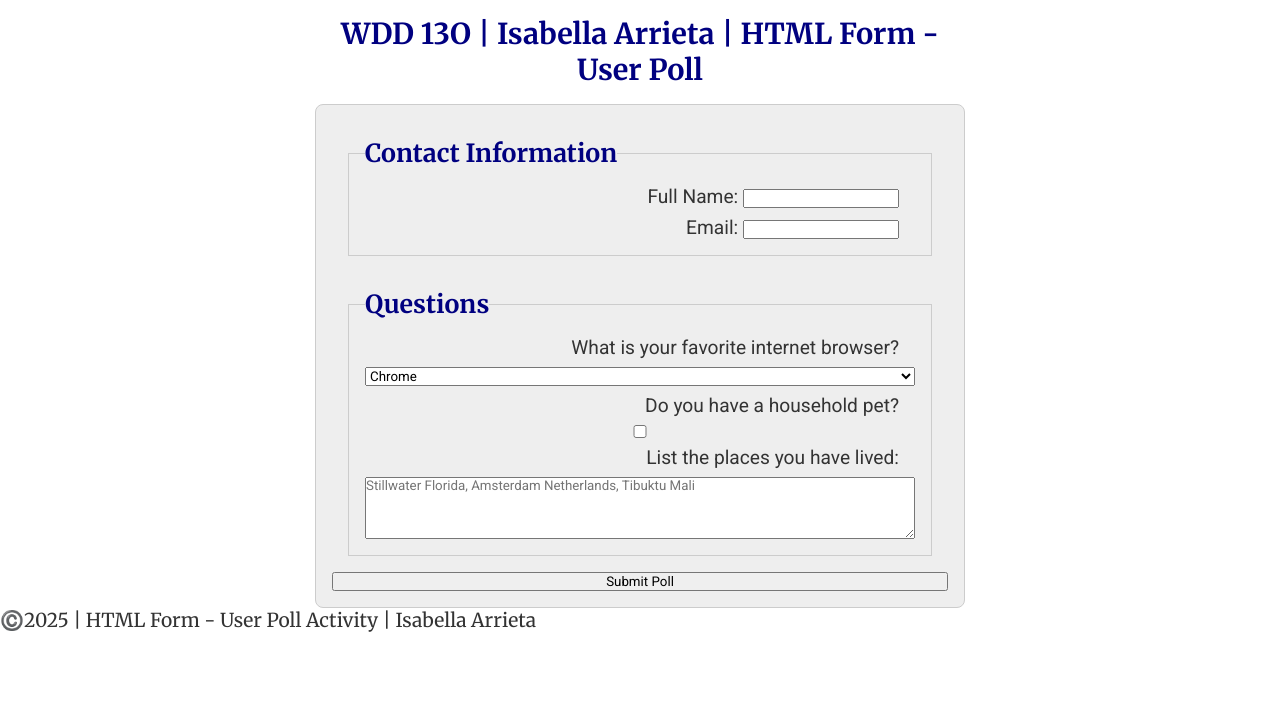
Repository: isaAJ05/wdd130
Page: week05/poll-form.html
The author's editor kept a copy of each file at every save. The page is drawn from the files as they stood at one save, then again after the next save.
The browser window is 1280 px wide. The pictures show the whole page.

Above is the page before, as saved 2025-06-14 18:41:54.

After the next save:
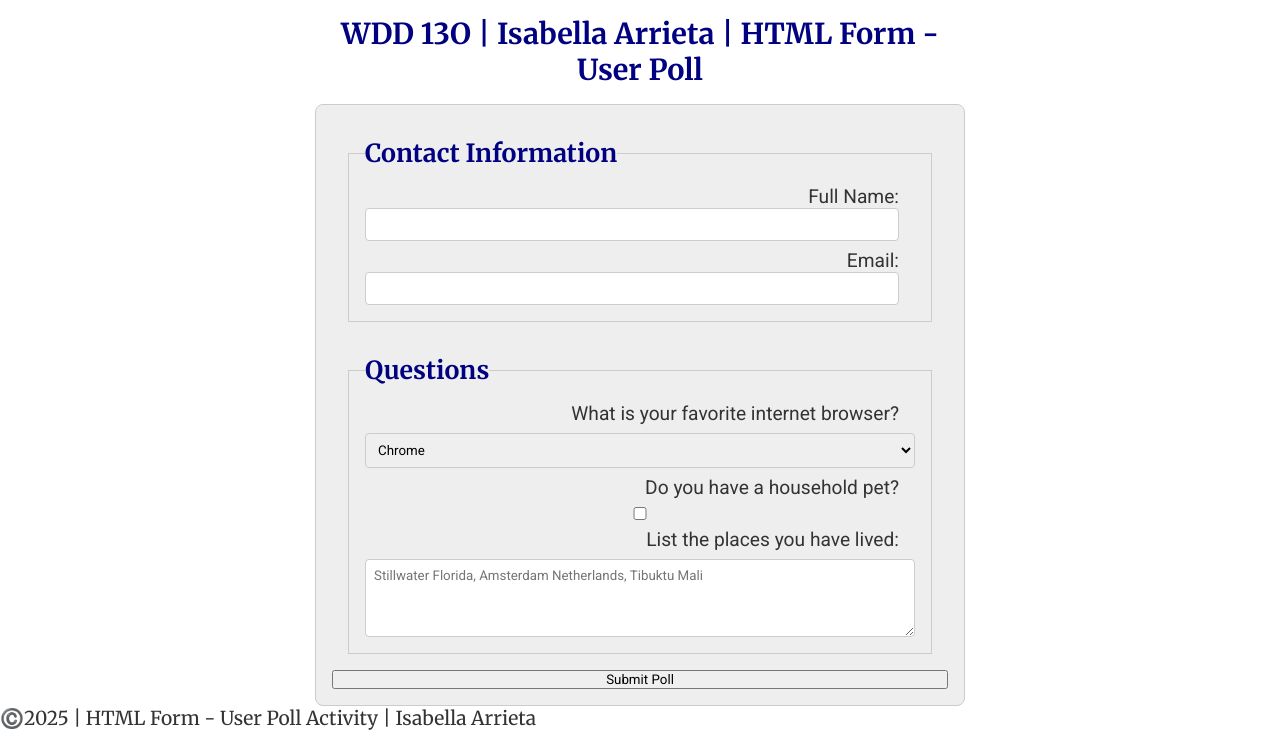
Saved 19 s later.
--- a/week05/styles/poll-form.css
+++ b/week05/styles/poll-form.css
@@ -47,3 +47,9 @@ label {
     text-align: right;
     padding-right: 1rem;
 }
+input, select, textarea {
+    width: 100%;
+    padding: 0.5rem;
+    border: 1px solid #ccc;
+    border-radius: 0.25rem;
+}
